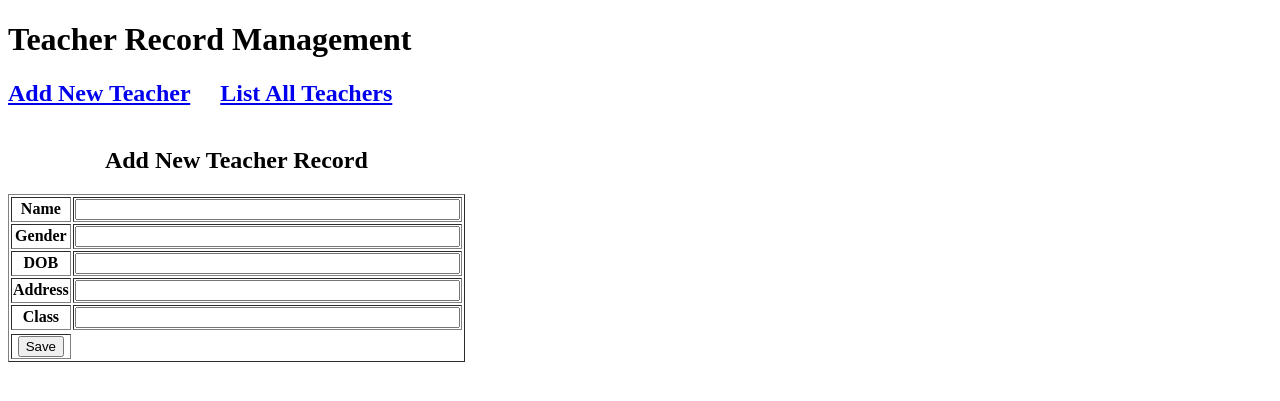
Repository: ashkumar661/Phase-2-Project
Page: http://localhost/crud-example/teacher-form.jsp
These files come from the project's save history. The page is drawn as it stood at one moment and after the next save; the edit follows.
The browser window is 1280 px wide. The pictures show the whole page.
The page is served by Tomcat 9. Other server files are loaded and not shown.

Above is the page before, as saved 2022-05-15 04:12:34.

### crud-example/src/main/webapp/teacher-form.jsp
<%@ page language="java" contentType="text/html; charset=ISO-8859-1"
    pageEncoding="ISO-8859-1"%>
    <%@ taglib uri="http://java.sun.com/jsp/jstl/core" prefix="c"%>
<!DOCTYPE html>
<html>
<head>
<meta charset="ISO-8859-1">
<title>Learner's Academy</title>
</head>
<body>
<h1>Teacher Record Management</h1>
	<h2>
		<a href="<%=request.getContextPath()%>/newTeacher">Add New Teacher</a>
		&nbsp;&nbsp;&nbsp; <a href="<%=request.getContextPath()%>/listTeacher">List
			All Teachers</a>

	</h2>
	<c:if test="${userTeacher != null}">
		<form action="updateTeacher" method="post">
	</c:if>
	<c:if test="${userTeacher == null}">
		<form action="insertTeacher" method="post">
	</c:if>
	<table border="1">
		<caption>
			<h2>
				<c:if test="${userTeacher != null}">
                        Edit Teacher Record
                    </c:if>
				<c:if test="${userTeacher == null}">
                        Add New Teacher Record
                    </c:if>
			</h2>
		</caption>
		<c:if test="${userTeacher != null}">
			<input type="text" name="id" value="<c:out value='${userTeacher.id}' />" />
		</c:if>
		<tr>
			<th>Name</th>
			<td><input type="text" name="name" size="45"
				value="<c:out value='${userTeacher.name}' />" /></td>
		</tr>
		<tr>
			<th>Gender</th>
			<td><input type="text" name="gender" size="45"
				value="<c:out value='${userTeacher.gender}' />" /></td>
		</tr>
		<tr>
			<th>DOB</th>
			<td><input type="text" name="dob" size="45"
				value="<c:out value='${userTeacher.dob}' />" /></td>
		</tr>
		<tr>
			<th>Address</th>
			<td><input type="text" name="address" size="45"
				value="<c:out value='${userTeacher.address}' />" /></td>
		</tr>
		<tr>
			<th>Class</th>
			<td><input type="text" name="className" size="45"
				value="<c:out value='${userTeacher.className}' />" /></td>
		</tr>
		<tr>
		<tr>
			<td align="center"><input type="submit" value="Save" /></td>
		</tr>
	</table>
	</form>
</body>
</html>

After the next save:
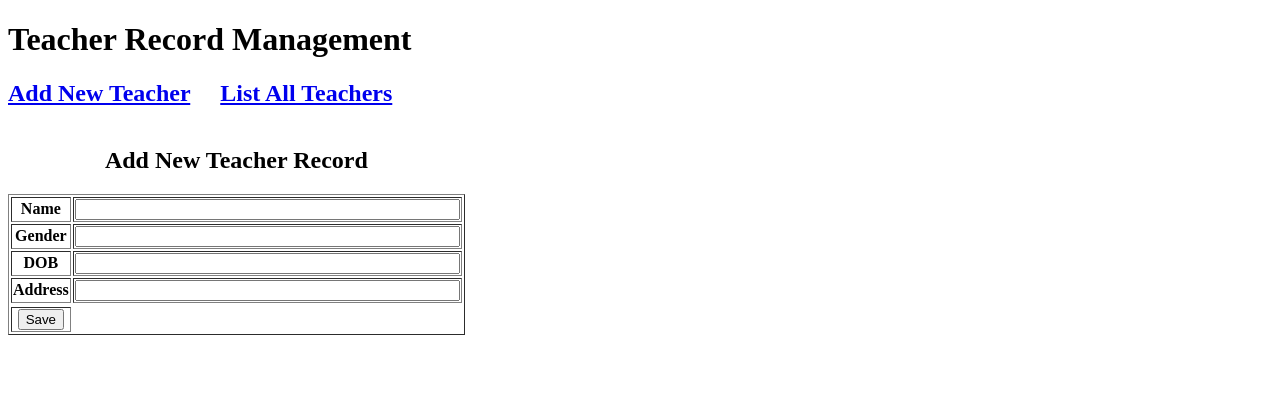
Saved 18 s later.
--- a/crud-example/src/main/webapp/teacher-form.jsp
+++ b/crud-example/src/main/webapp/teacher-form.jsp
@@ -56,11 +56,6 @@
 				value="<c:out value='${userTeacher.address}' />" /></td>
 		</tr>
 		<tr>
-			<th>Class</th>
-			<td><input type="text" name="className" size="45"
-				value="<c:out value='${userTeacher.className}' />" /></td>
-		</tr>
-		<tr>
 		<tr>
 			<td align="center"><input type="submit" value="Save" /></td>
 		</tr>
